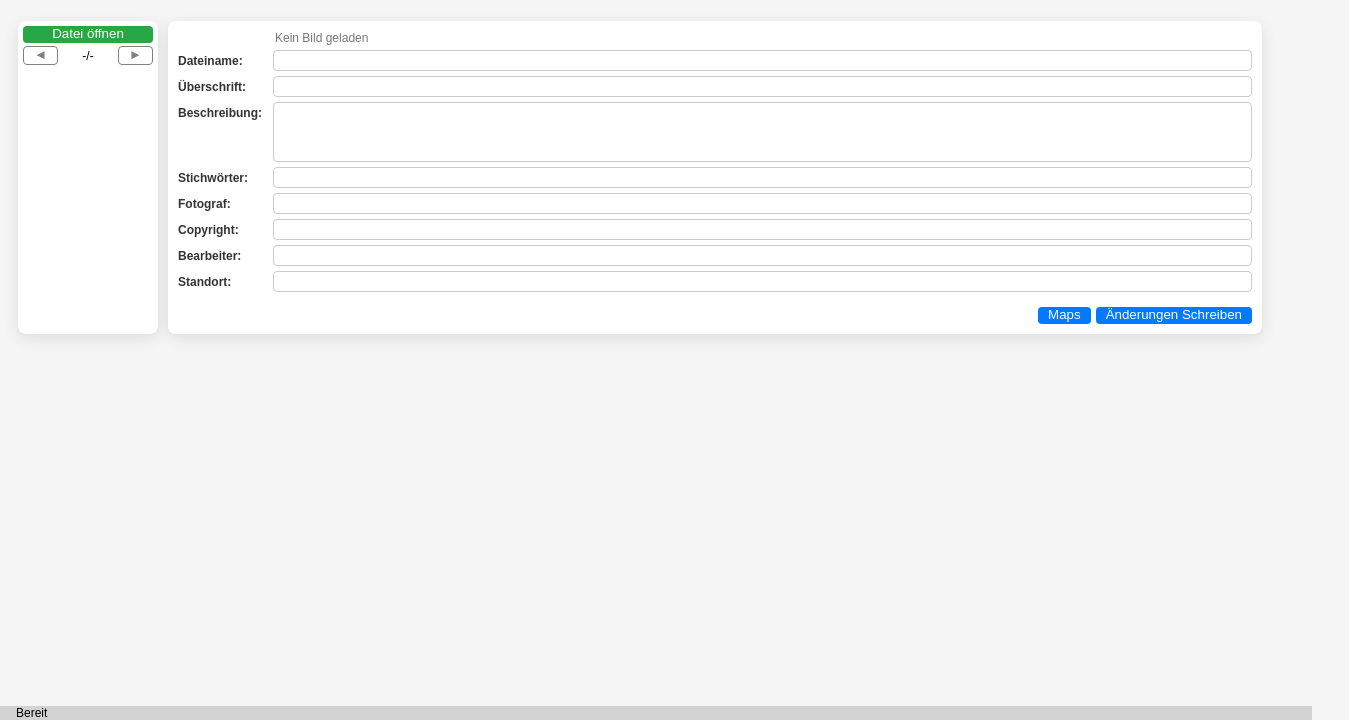
Repository: h-fahle/metadata
Page: ui/index.html
The author's editor kept a copy of each file at every save. The page is drawn from the files as they stood at one save, then again after the next save.
The browser window is 1280 px wide. The page is 1349 px wide, so the pictures cover 1349 px, including what lies to the right of the window. The pictures show the whole page.

Above is the page before, as saved 2026-08-19 11:23:29.

After the next save:
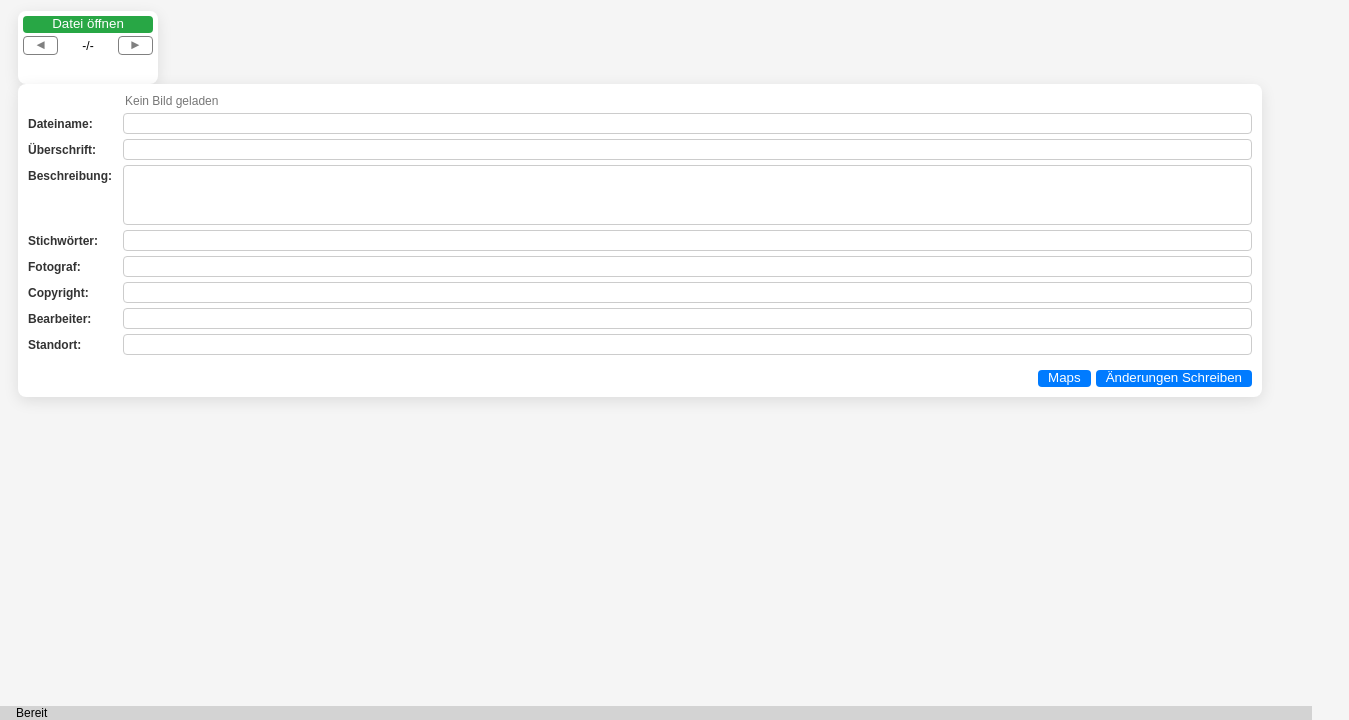
Saved 8 min 32 s later.
--- a/ui/style.css
+++ b/ui/style.css
@@ -56,7 +56,7 @@ input#bildpfad {
 }
 
 /* Der neue Haupt-Container für die Nebeneinander-Ausrichtung */
-.main-container {
+#main-container {
 	margin-top: 10px;
 	display: flex;
 	flex-direction: row;
@@ -64,6 +64,7 @@ input#bildpfad {
 	gap: 10px;
 	/* Abstand zwischen Bild und Formular */
 	width: 100%;
+	min-height: 100vh; /* Mindestens so hoch wie das Browserfenster */
 	box-sizing: border-box;
 }
 

After the 2 saves that followed:
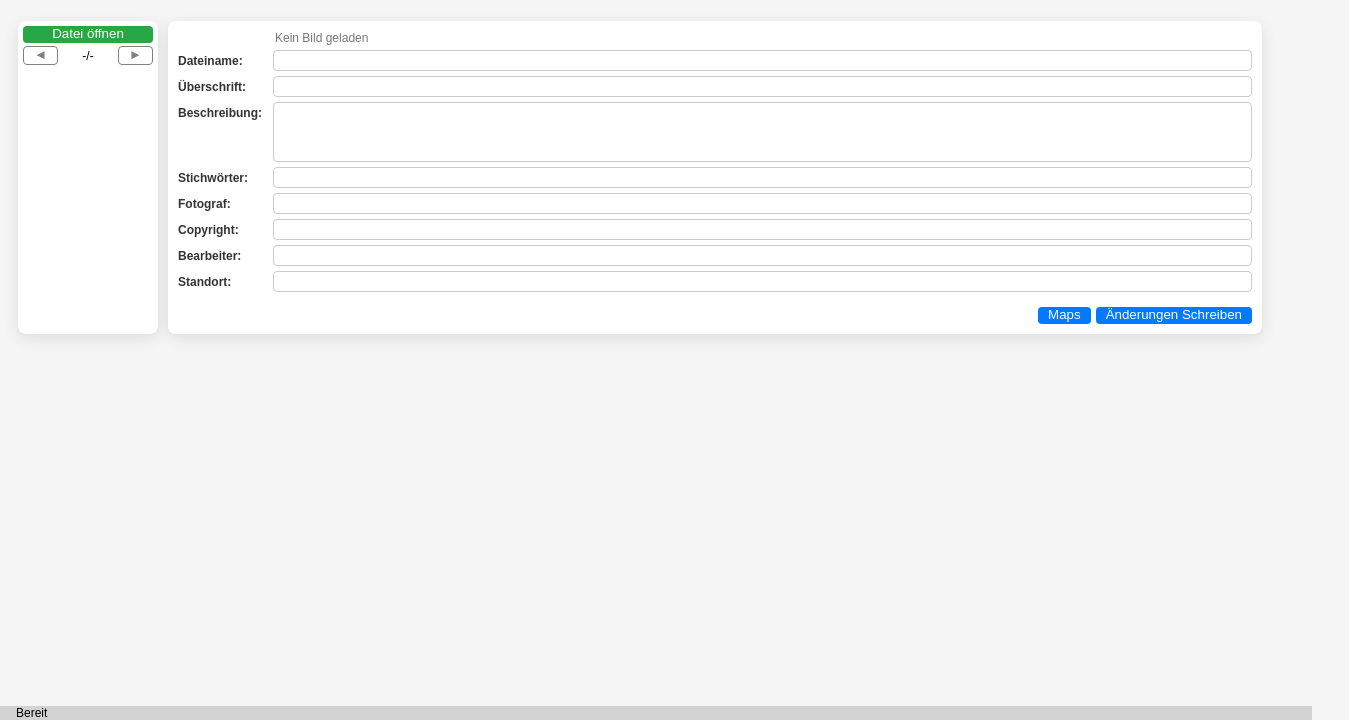
The 2 saves are shown as one change because 1 left the picture as it was.
The last was saved 56 s later.
--- a/ui/index.html
+++ b/ui/index.html
@@ -10,7 +10,7 @@
 
 <body>
 
-	<div class="main-container">
+	<div id="main-container">
 
 		<!-- Das Vorschaubild links -->
 		<div id="sidebar">
--- a/ui/style.css
+++ b/ui/style.css
@@ -64,7 +64,6 @@ input#bildpfad {
 	gap: 10px;
 	/* Abstand zwischen Bild und Formular */
 	width: 100%;
-	min-height: 100vh; /* Mindestens so hoch wie das Browserfenster */
 	box-sizing: border-box;
 }
 
